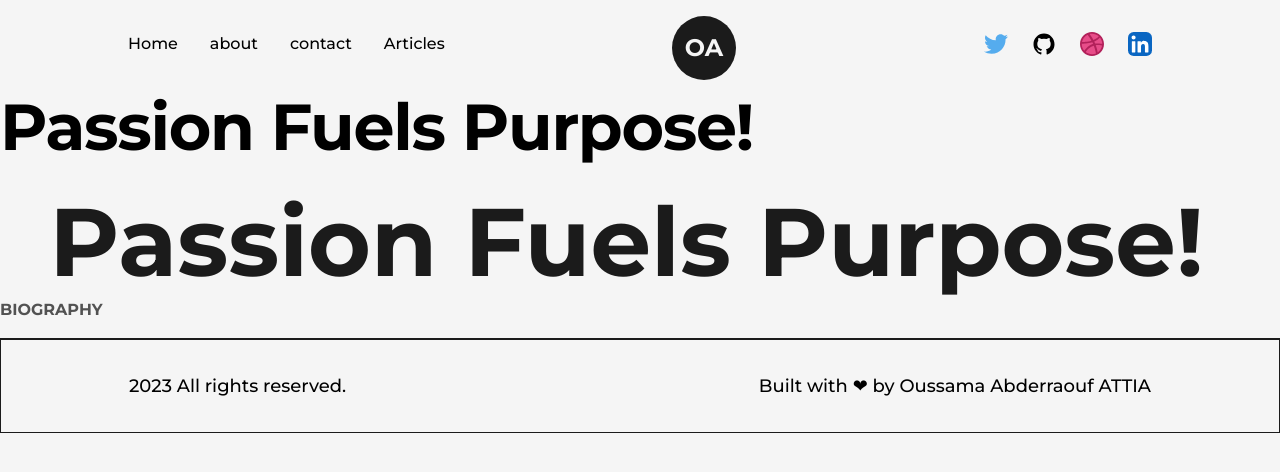
Repository: OussamaAbderraoufAttia/Next.js-Developer-Portfolio
Page: /About
An editor plug-in stored every save of this project. The page is shown before and after the next save, followed by the edit.
The browser window is 1280 px wide. The pictures show the whole page.
The project was rebuilt for these pictures with package versions that can differ from the ones it lists, and the page was loaded fresh each time. The framework's server and built-in components were replaced by stand-ins that run in the browser. Also part of the build but not shown: next.config.js.

Above is the page before, as saved 2023-06-27 16:44:48.

### src/pages/_app.js
import Footer from '@/components/Footer'
import NavBar from '@/components/NavBar'
import '@/styles/globals.css'
import { Montserrat } from 'next/font/google'
import Head from 'next/head'


const montserrat = Montserrat({
  subsets: ['latin'],
  variable: "--font-mont"
})
export default function App({ Component, pageProps }) {
  return (
    <>
    <Head>
      <meta name="viewport" content="width=device-width, initial-scale=1" />
      <link rel="icon" href="/favicon.ico" />
    </Head>
    <main className={`${montserrat.variable} font-mont bg-light w-full min-h-screen`}>
      <NavBar />
      <Component {...pageProps} />
      <Footer />
    </main>
    </>
  )
}

### src/pages/About.js
import React from 'react';
import Head from 'next/head';
import AnimatedText from '@/components/AnimatedText';
import Layout from '@/components/Layout';

const about = () => {
  return (
    <>
        <Head>
            <title>OA | About Page</title>
            <meta name='description' content='About Oussama Abderraouf ATTIA' />
        </Head>
        <main className='flex w-full flex-col item-center justify-center'>
            <Layout className='pt-16'>
                <h1 style={{
                    fontSize: '65px',
                    fontWeight: 'bold',
                    lineHeight: '1.2',
                    letterSpacing: '-0.02em',
                    padding: '0 0 0.3em 0',
                }}>
                    Passion Fuels Purpose!
                </h1>
                <AnimatedText text='Passion Fuels Purpose!' />
                <div className='grid w-full grid-cols-8 gap-16'>
                    <div>
                        <h2 className='mb-4 text- font-bold uppercase text-dark/75'>
                            Biography
                        </h2>
                    </div>

                </div>
            </Layout>
        </main>
    </>
  )
}

export default about;

### src/components/Footer.js
import React from 'react';
import Link from 'next/link';
import Layout from './Layout';

const Footer = () => {
  return (
    <div>
      <footer className='w-full border-t-2 border border-solid  border-dark
      font-medium text-lg
      '>
        <Layout className=' py-8 flex items-center justify-between '>
        <span>
            2023 All rights reserved.
        </span>
        <div>
            <p  >
                Built with &#10084; by Oussama Abderraouf ATTIA
             </p>
        </div>

        </Layout>

      </footer>
    </div>
  )
}

export default Footer

### src/components/NavBar.js
import Link from "next/link";
import React from "react";
import { useRouter } from "next/router";
import Logo from "./Logo";
import   { TwitterIcon, DribbbleIcon, GithubIcon, LinkedInIcon, PinterestIcon } from "./Icons";
import { motion } from "framer-motion";

const CustomLink = ({ href, title, className="" }) => {
    const router = useRouter();
    return (
        <Link href={href} className= {`${className} relative group `}>
            {title }
            <span className={`h-[1px] inline-block bg-dark absolute left-0 bottom-0.5 group-hover:w-full
            transiion-[width] ease duration-300 ${router.asPath === href ? "w-full" : "w-0" }
            `}> &nbsp; </span>
        </Link>
    )
}


const NavBar = () => {
    return (
        <header className="w-full px-32 py-8 font-medium flex items-center justify-between">
            <nav>
                <CustomLink href="/"  title="Home" className="mr-4"/>
                <CustomLink href="/about" title="about" className="mx-4"/>
                <CustomLink href="/contact"  title="contact" className="mx-4"/>
                <CustomLink href="/Articles"  title="Articles" className="ml-4"/>
            </nav>

            <nav className="flex item-center justify-center flex-wrap">
                <motion.a href="https://twitter.com/oussamaattia245" target={"_blank"}
                whileHover={{ y:-5  }}
                whileTap={{ scale: 0.9 }}
                className="w-6 mx-3"
                >
                    <TwitterIcon />
                 </motion.a>
                <motion.a href="https://github.com/OussamaAbderraoufAttia" target={"_blank"}
                whileHover={{ y:-5  }} whileTap={{ scale: 0.9 }}
                className="w-6 mx-3"
                > <GithubIcon /> </motion.a>
                <motion.a href="https://dribbble.com/JohnLoyd" target={"_blank"}
                whileHover={{ y:-5  }} whileTap={{ scale: 0.9 }}
                className="w-6 mx-3"
                > <DribbbleIcon /> </motion.a>
                <motion.a href="https://www.linkedin.com/in/oussama-abderraouf-attia-494b32225/" target={"_blank"}
                whileHover={{ y:-5  }} whileTap={{ scale: 0.9 }}
                className="w-6 ml-3"
                > <LinkedInIcon /> </motion.a>

            </nav>
            <div className="absolute left-[50%] top-2    translate-x-[50%]">
                 <Logo />
            </div>
        </header>
    )
}

export default NavBar;

### src/components/AnimatedText.js
import React from 'react';
import { motion } from 'framer-motion';

const quote = {
    initial:{
        opacity:0,
    },
    animate:{
        opacity:1,
        transition:{
            delay:0.5,
            staggerChildren: 0.08,
        }
    }
}
const singleWord  = {
    initial:{
        opacity:0,
        y: 50,
    },
    animate:{
        opacity:1,
        y:0,
        transition:{
            duration: 1,
        }
    }
}
const AnimatedText = ({ text, className = "" }) => {
  return (
    <div className='w-full mx-auto py-2 flex items-center justify-center text-center overflow-hidden'>
      <motion.h1 className={`inline-block text-dark font-bold capitalize text-8xl ${className}`}
      variants={quote}
      inherit='initial'
      animate='animate'
      >
        {text.split(" ").map((word, index) =>
          <span key={word + '-' + index} className='inline-block '
          variants={singleWord}
            inherit='initial'
            animate='animate'
          >
            {word}&nbsp;
          </span>
        )}
      </motion.h1>
    </div>
  );
};

export default AnimatedText;

### src/components/Layout.js
import React from 'react';

const Layout = ({ children, className = "" }) => {
  return (
    <div className={`  w-full h-full inline-block z-0 bg-light p-32${className}`}>
      {children}
    </div>
  );
};

export default Layout;

### src/components/Logo.js
import React from "react";
import Link from "next/link";
import { motion } from "framer-motion";



const MotionLink = motion(Link);
const Logo = () => {
  return (
    <div className="flex items-center justify-center mt-2">
      <MotionLink
        href="/"
        className="w-16 h-16 bg-dark text-light flex items-center justify-center rounded-full font-bold text-2xl"
        whileHover={{
            backgroundColor:["#121212", "rgba(131,58,180,1)","rgba(253,29,29,1)","rgba(252,176,69,1)","rgba(131,58,180,1)", "#121212"],
          transition: {
            duration: 1,
            repeat: Infinity,
          },
        }}
      >
        OA
      </MotionLink>
    </div>
  );
};

export default Logo;

### tailwind.config.js
/** @type {import('tailwindcss').Config} */
const {fontFamily} = require('tailwindcss/defaultTheme')

module.exports = {
  content: [
    // Or if using `src` directory:
    "./src/**/*.{js,ts,jsx,tsx,mdx}",
  ],
  theme: {
    extend: {
      fontFamily: {
        mont: ['var(--font-mont)', 'sans-serif'],
      },
        colors: {
          dark: "#1b1b1b",
          light: "#f5f5f5",
          primary: "#B63E96", // 240,86,199
          primaryDark: "#58E6D9", // 80,230,217
      },
      animation: {
        'spin-slow': 'spin 8s linear infinite',
      },
    },
  },
  plugins: [],
}

Loaded but not shown: src/pages/_document.js (common file); src/styles/globals.css (common file); src/components/Icons.js (484 lines, source omitted)

After the next save:
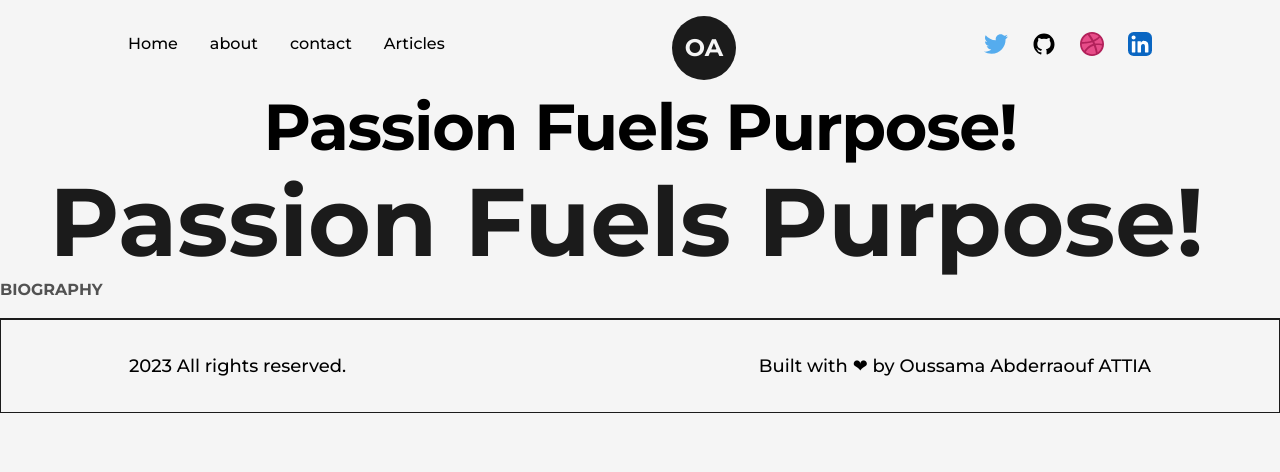
Saved 36 s later.
--- a/src/pages/About.js
+++ b/src/pages/About.js
@@ -12,12 +12,11 @@
         </Head>
         <main className='flex w-full flex-col item-center justify-center'>
             <Layout className='pt-16'>
-                <h1 style={{
+                <h1 className="text-center" style={{
                     fontSize: '65px',
                     fontWeight: 'bold',
                     lineHeight: '1.2',
                     letterSpacing: '-0.02em',
-                    padding: '0 0 0.3em 0',
                 }}>
                     Passion Fuels Purpose!
                 </h1>
